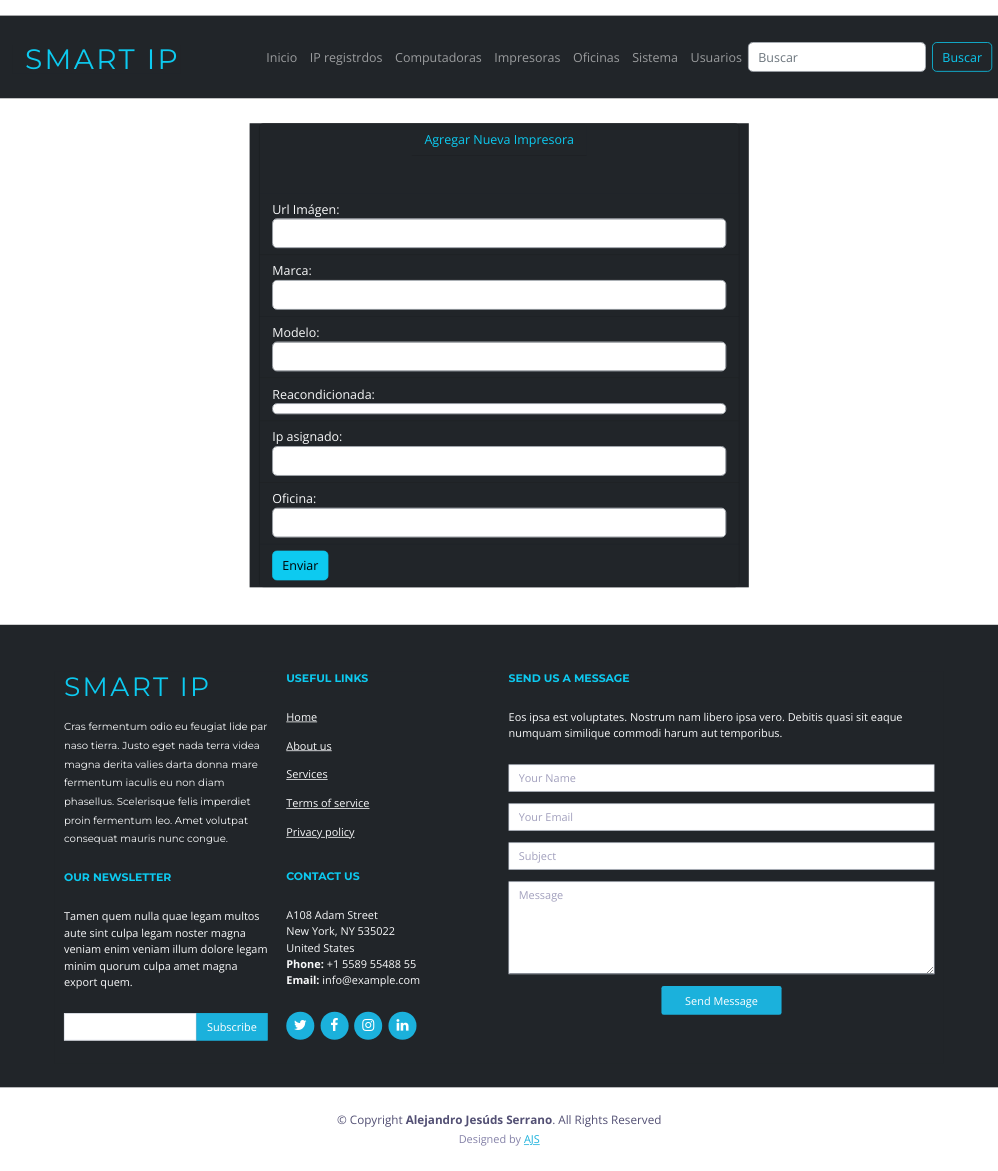
Repository: AlejandroJesusSerrano/SmartIPs
Page: smartip/smartipnav/templates/smartipnav/printer_form.html
The author's editor kept a copy of each file at every save. The page is drawn from the files as they stood at one save, then again after the next save.
The browser window is 1280 px wide. The pictures show the whole page, at 78% of full size.
The page is served by the project's application, run on Django 4.2 (smartip/manage.py). The template is opened directly, without the code that normally fills it, so the values that code supplies are empty.

Above is the page before, as saved 2022-11-14 09:04:23.

After the next save:
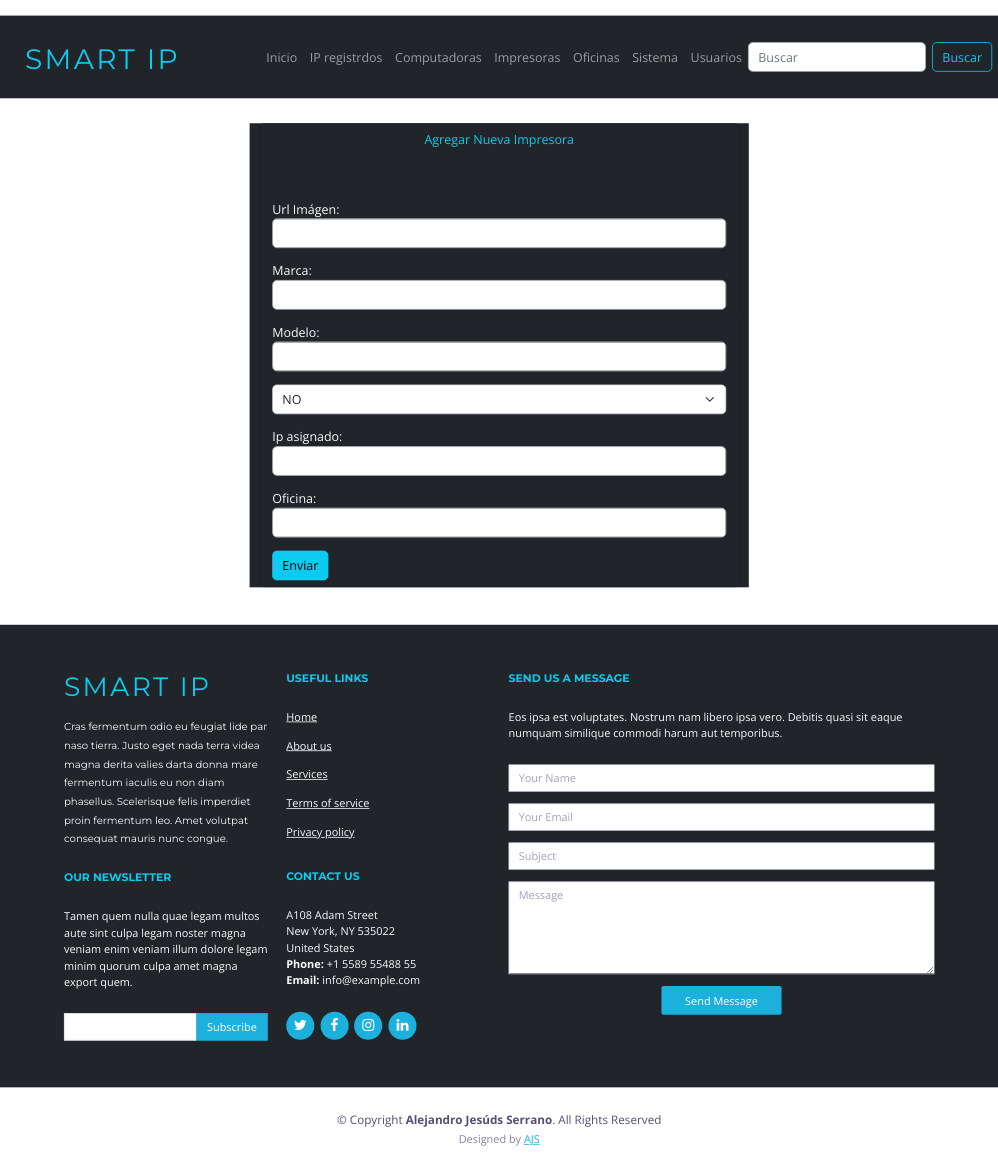
Saved 8 min 32 s later.
--- a/smartip/smartipnav/templates/smartipnav/printer_form.html
+++ b/smartip/smartipnav/templates/smartipnav/printer_form.html
@@ -23,8 +23,10 @@
                         <input class="form-control" type="text" name="printer_model" id="printer_model">
                     </li>
                     <li class="list-group-item bg-dark">
-                        <label class="form-control-label text-light" for="printer_rebuilded">Reacondicionada: </label>
-                        <input class="form-control" type="checkbox" name="printer_rebuilded" id="printer_rebuilded">
+                        <select class="form-select">
+                            <option selected>NO</option>
+                            <option value="1">SI</option>
+                        </select>
                     </li>
                     <li class="list-group-item bg-dark">
                         <label class="form-control-label text-light" for="printer_ip">Ip asignado: </label>
